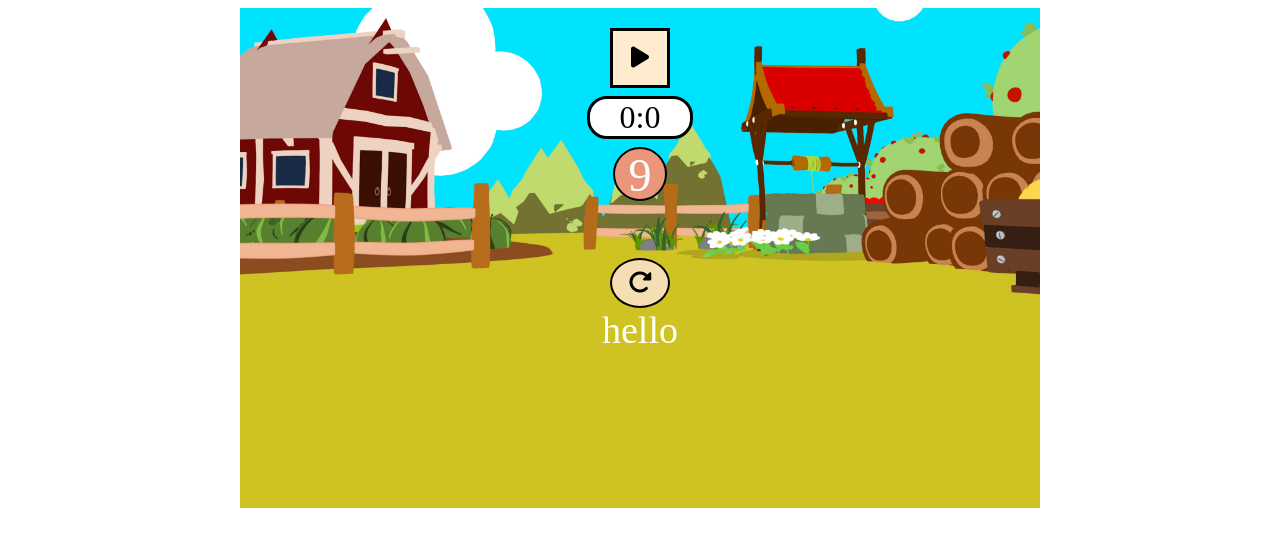
Repository: ggandory/browser101
Page: chapter7/carrot/index.html
These files come from the project's save history. The page is drawn as it stood at one moment and after the next save; the edit follows.
The browser window is 1280 px wide. The pictures show the whole page.
Some web libraries are served in a nearby version.

Above is the page before, as saved 2024-05-01 23:07:55.

After the next save:
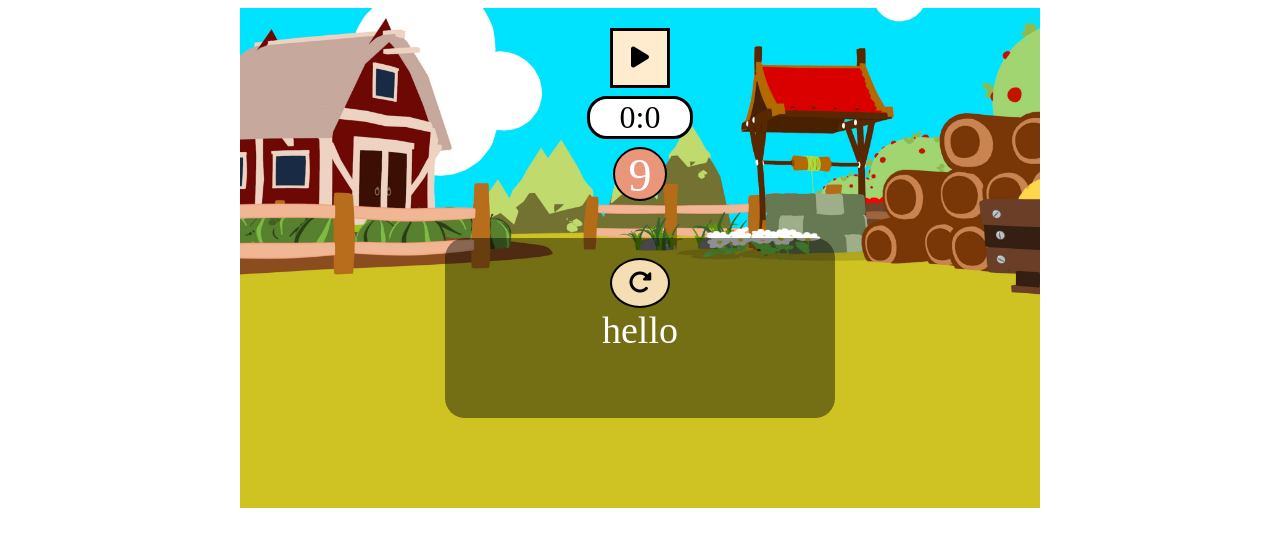
Saved 27 s later.
--- a/chapter7/carrot/style.css
+++ b/chapter7/carrot/style.css
@@ -68,7 +68,7 @@ body {
   width: 350px;
   height: 140px;
   padding: 20px;
-  background-color: 00000070;
+  background-color: #00000070;
   color: white;
   text-align: center;
   border-radius: 20px;

After the 4 saves that followed:
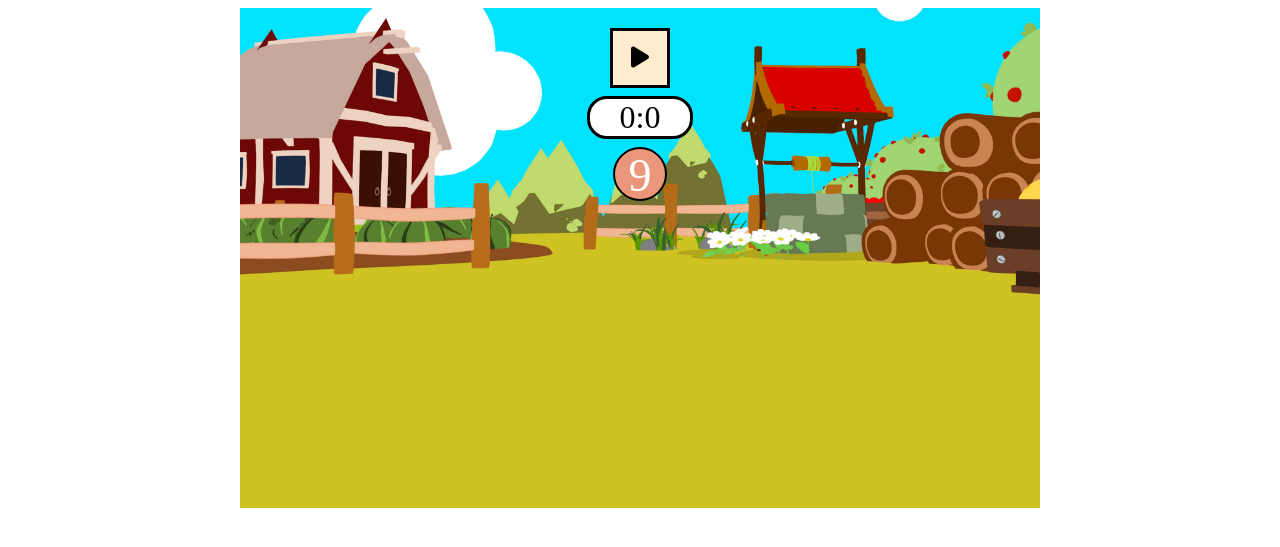
The 4 saves are shown as one change because 3 left the picture as it was.
The last was saved 4 min 38 s later.
--- a/chapter7/carrot/index.html
+++ b/chapter7/carrot/index.html
@@ -22,7 +22,7 @@
       </header>
       <section class="game_field"></section>
     </section>
-    <section class="pop-up">
+    <section class="pop-up pop-up-hide">
       <button class="pop-up_refresh">
         <i class="fa-solid fa-rotate-right"></i>
       </button>
--- a/chapter7/carrot/style.css
+++ b/chapter7/carrot/style.css
@@ -75,6 +75,10 @@ body {
   margin: auto;
   transform: translateY(-150%);
 }
+.pop-up-hide {
+  display: none;
+}
+
 .pop-up_refresh {
   width: 60px;
   height: 50px;
@@ -82,6 +86,10 @@ body {
   background-color: wheat;
   border: 2px solid black;
   border-radius: 50%;
+  transition: transform 300ms ease-in;
+}
+.pop-up_refresh:hover {
+  transform: scale(1.1);
 }
 
 .pop-up_message {
